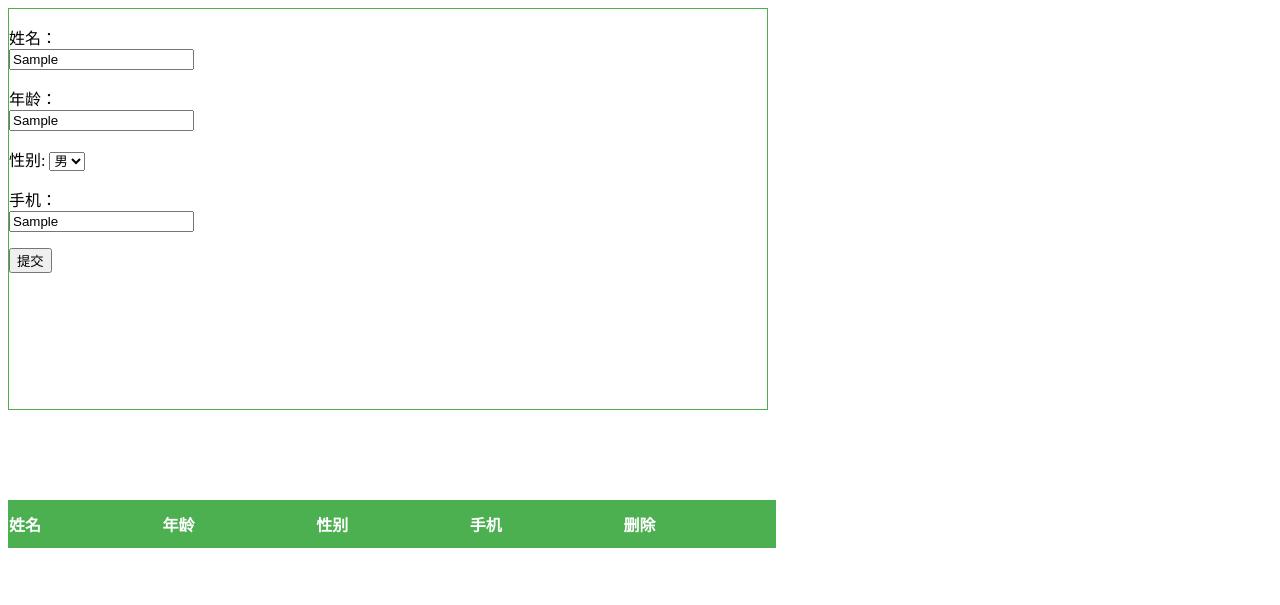
Repository: 1404413577/jsdemo
Page: small-demo/录入信息.html
An editor plug-in stored every save of this project. The page is shown before and after the next save, followed by the edit.
The browser window is 1280 px wide. The pictures show the whole page.
Empty fields were first filled with sample values (such as "Sample", 5 or name@example.com).
After loading, the first visible `#btn` was clicked once.

Above is the page before, as saved 2022-11-20 16:20:57.

### small-demo/录入信息.html
<!DOCTYPE html>
<html lang="en">

<head>
    <meta charset="UTF-8">
    <meta http-equiv="X-UA-Compatible" content="IE=edge">
    <meta name="viewport" content="width=device-width, initial-scale=1.0">
    <title>Document</title>
    <style>
        .customers {
            font-family: Arial, Helvetica, sans-serif;
            border-collapse: collapse;
            width: 60%;
            position: absolute;
            top: 500px
        }

        .customers td,
        #customers th {
            border: 1px solid #ddd;
            padding: 8px;
        }

        .customers tr:nth-child(even) {
            background-color: #f2f2f2;
        }

        .customers tr:hover {
            background-color: #ddd;
        }

        .customers th {
            padding-top: 12px;
            padding-bottom: 12px;
            text-align: left;
            background-color: #4CAF50;
            color: white;
        }

        .main {
            width: 60%;
            height: 400px;
            border: 1px solid #4CAF50;
        }

        .main input {
            display: block;
        }
    </style>
</head>

<body>
    <div class="main">
        <p><span>姓名：</span>
            <input type="text" class="name" id="name">
        </p>
        <p><span>年龄：</span>
            <input type="text" class="age" id="age">
        </p>
        <p><span>性别:</span>
            <select name="gender" id="gender">
                <option value="男">男</option>
                <option value="女">女</option>
            </select>
        </p>
        <p><span>手机：</span>
            <input type="text" class="phone" id="phone">
        </p>
        <p>
            <button type="submit" id="btn">提交</button>

        </p>


    </div>

    <table class="customers">
        <tr>
            <th>姓名</th>
            <th>年龄</th>
            <th>性别</th>
            <th>手机</th>
            <th>删除</th>
        </tr>
        <tr id="customers">
        </tr>
    </table>
</body>
<script>

    let gender = document.getElementById("gender");
    let input = document.getElementsByTagName("input");
    let btn = document.getElementById("btn");
    let customers = document.getElementById("customers")
    let staus = [];
    btn.onclick = function () {
        let obj = { name: input[0].value, age: input[1].value, gender: gender.value, phone: input[2].value }
        staus.push(obj)
        console.log(staus)
        staus = customers.innerHTML
    }




</script>

</html>

After the next save:
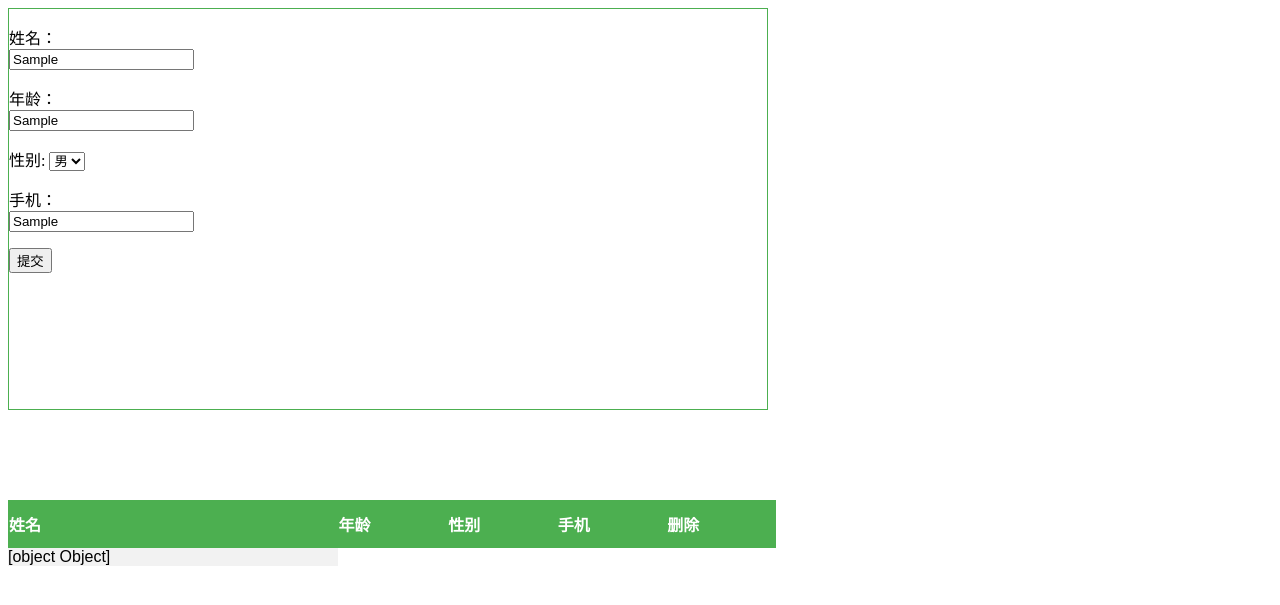
Saved 25 s later.
--- a/small-demo/录入信息.html
+++ b/small-demo/录入信息.html
@@ -97,7 +97,7 @@
         let obj = { name: input[0].value, age: input[1].value, gender: gender.value, phone: input[2].value }
         staus.push(obj)
         console.log(staus)
-        staus = customers.innerHTML
+        customers.innerHTML = staus
     }
 
 
